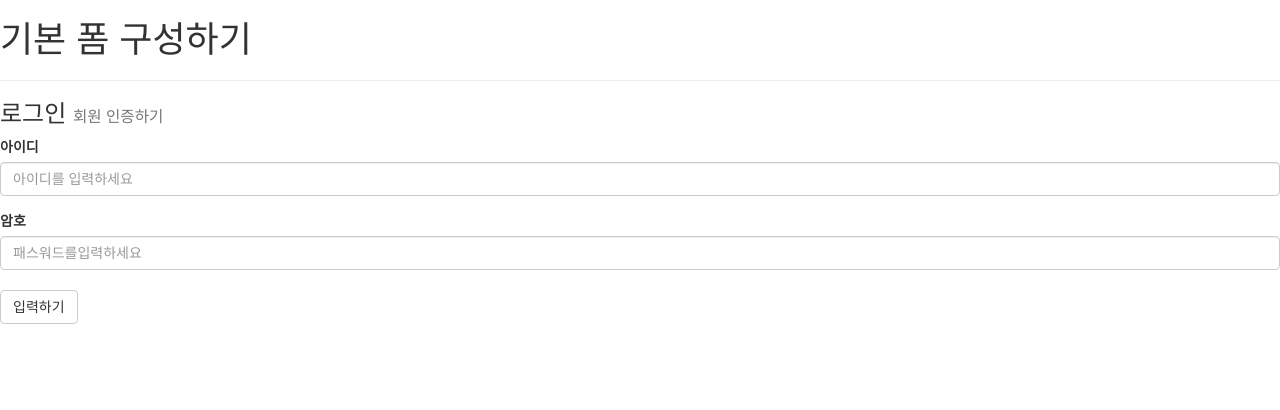
Repository: Umkimisstrong/UM_Webbb
Page: BootstrapApp/WebContent/BootEx04.html
The author's editor kept a copy of each file at every save. The page is drawn from the files as they stood at one save, then again after the next save.
The browser window is 1280 px wide. The pictures show the whole page.

Above is the page before, as saved 2022-05-16 03:33:59.

### BootstrapApp/WebContent/BootEx04.html
<!DOCTYPE html>
<html>
<head>
<meta charset="UTF-8">
<title>BootEx04.html</title>

<link rel="stylesheet" type="text/css" href="css/bootstrap.css">
<script type="text/javascript" src="http://code.jquery.com/jquery.min.js"></script>
<script type="text/javascript" src="js/bootstrap.min.js"></script>

<style type="text/css">
	#login
	{

	}
</style>
</head>
<body>

<div>
	<h1>기본 폼 구성하기</h1>
	<hr />
</div>

<div id="login">
	<h3>로그인 <small>회원 인증하기</small></h3>

	<form action="">
		<!-- 『.form-group』 : 폼을 구성하는 1개 관련 항목만 묶기 -->
		<div class="form-group">
			<label for="txtId">아이디</label>
			<input type="text" id="txtId" placeholder="아이디를 입력하세요"
			  required="required"  class="form-control">
		</div>

		<div>
			<label for="txtPw">암호</label>
			<input type="password" id="txtPw" placeholder="패스워드를입력하세요"
			       required="required" class="form-control">
			<br />
			<input type="submit" value="입력하기" class="btn btn-default"/>
		</div>

	</form>
</div>



</body>
</html>

Loaded but not shown: BootstrapApp/WebContent/css/bootstrap.css (library); BootstrapApp/WebContent/js/bootstrap.min.js (library)

After the next save:
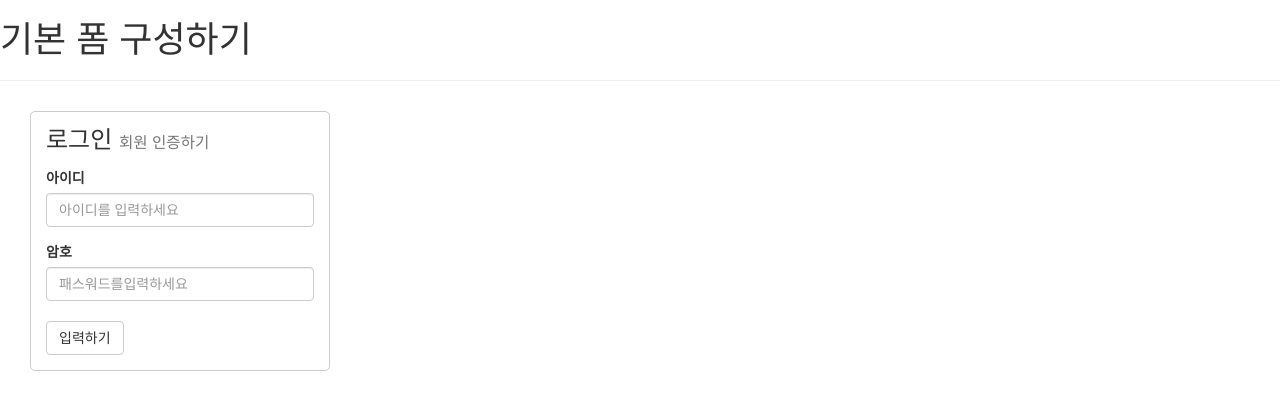
Saved 59 s later.
--- a/BootstrapApp/WebContent/BootEx04.html
+++ b/BootstrapApp/WebContent/BootEx04.html
@@ -11,7 +11,17 @@
 <style type="text/css">
 	#login
 	{
+		border: 1px solid #ccc;
+		border-radius: 5px;
+		width: 300px;
+		padding: 15px;
+		margin: 30px;
+	}
 
+	#login h3
+	{
+		margin: 0px;
+		margin-bottom: 15px;
 	}
 </style>
 </head>
